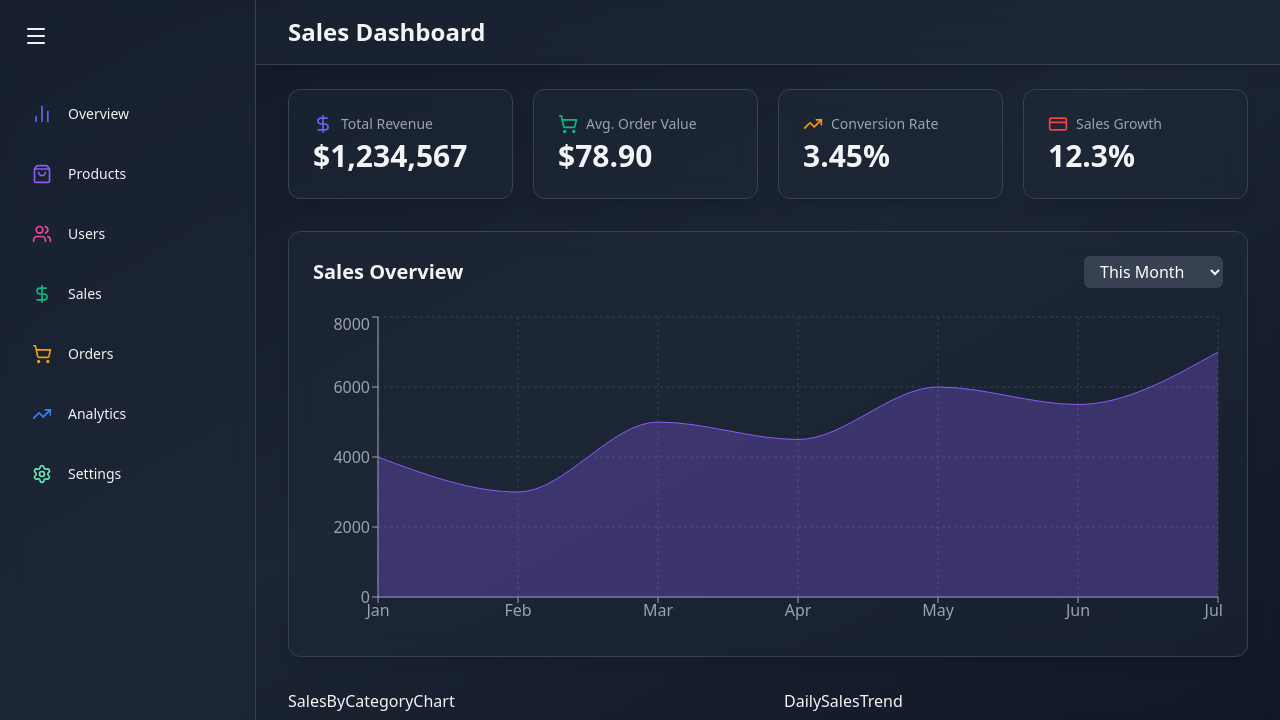
Repository: Abdirabi11/React-dashboard
Page: /sales
An editor plug-in stored every save of this project. The page is shown before and after the next save, followed by the edit.
The browser window is 1280 px wide. The pictures show the whole page.
An inner scrolling area shows only its first screen. The project was rebuilt for these pictures with package versions that can differ from the ones it lists, and the page was loaded fresh each time. Also part of the build but not shown: vite.config.js, src/components/overview/SalesOverviewChart.jsx, src/components/overview/CategoryDistributionChart.jsx, src/components/overview/SalesChannelChart.jsx, src/pages/OverviewPage.jsx, src/components/products/SalesTrendChart.jsx, src/components/products/ProductsTable.jsx, src/pages/ProductsPage.jsx and 8 more.

Above is the page before, as saved 2025-07-19 08:31:17.

### src/components/common/Sidebar.jsx
import { BarChart2, DollarSign, Menu, Settings, ShoppingBag, ShoppingCart, TrendingUp, Users } from "lucide-react";
import { useState } from "react";
import { AnimatePresence, motion } from "framer-motion";
import { Link } from "react-router-dom";

const SIDEBAR_ITEMS = [
	{
		name: "Overview",
		icon: BarChart2,
		color: "#6366f1",
		href: "/",
	},
	{ name: "Products", icon: ShoppingBag, color: "#8B5CF6", href: "/products" },
	{ name: "Users", icon: Users, color: "#EC4899", href: "/users" },
	{ name: "Sales", icon: DollarSign, color: "#10B981", href: "/sales" },
	{ name: "Orders", icon: ShoppingCart, color: "#F59E0B", href: "/orders" },
	{ name: "Analytics", icon: TrendingUp, color: "#3B82F6", href: "/analytics" },
	{ name: "Settings", icon: Settings, color: "#6EE7B7", href: "/settings" },
];

const Sidebar = () => {
	const [isSidebarOpen, setIsSidebarOpen] = useState(true);

	return (
		<motion.div
			className={`relative z-10 transition-all duration-300 ease-in-out flex-shrink-0 ${
				isSidebarOpen ? "w-64" : "w-20"
			}`}
			animate={{ width: isSidebarOpen ? 256 : 80 }}
		>
			<div className='h-full bg-gray-800 bg-opacity-50 backdrop-blur-md p-4 flex flex-col border-r border-gray-700'>
				<motion.button
					whileHover={{ scale: 1.1 }}
					whileTap={{ scale: 0.9 }}
					onClick={() => setIsSidebarOpen(!isSidebarOpen)}
					className='p-2 rounded-full hover:bg-gray-700 transition-colors max-w-fit'
				>
					<Menu size={24} />
				</motion.button>

				<nav className='mt-8 flex-grow'>
					{SIDEBAR_ITEMS.map((item) => (
						<Link key={item.href} to={item.href}>
							<motion.div className='flex items-center p-4 text-sm font-medium rounded-lg hover:bg-gray-700 transition-colors mb-2'>
								<item.icon size={20} style={{ color: item.color, minWidth: "20px" }} />
								<AnimatePresence>
									{isSidebarOpen && (
										<motion.span
											className='ml-4 whitespace-nowrap'
											initial={{ opacity: 0, width: 0 }}
											animate={{ opacity: 1, width: "auto" }}
											exit={{ opacity: 0, width: 0 }}
											transition={{ duration: 0.2, delay: 0.3 }}
										>
											{item.name}
										</motion.span>
									)}
								</AnimatePresence>
							</motion.div>
						</Link>
					))}
				</nav>
			</div>
		</motion.div>
	);
};
export default Sidebar;

### src/pages/SalesPage.jsx
import { motion } from "framer-motion";
import { CreditCard, DollarSign, ShoppingCart, TrendingUp } from "lucide-react";
import Header from "../components/common/Header";
import StatCard from "../components/common/StatCard";
import DailySalesTrend from "../components/sales/DailySalesTrend";
import SalesByCategoryChart from "../components/sales/SalesByCategoryChart";
import SalesOverviewChart from "../components/sales/SalesOverviewChart";

const salesStats = {
	totalRevenue: "$1,234,567",
	averageOrderValue: "$78.90",
	conversionRate: "3.45%",
	salesGrowth: "12.3%",
};

const SalesPage = () => {
	return (
		<div className="flex-1 overflow-auto relative z-10">
			<Header title='Sales Dashboard' />
			<main className="max-w-7xl mx-auto py-6 px-4 lg:px-8">
				<motion.div
				 className='grid grid-cols-1 gap-5 sm:grid-cols-2 lg:grid-cols-4 mb-8'
				 initial={{ opacity: 0, y: 20 }}
				 animate={{ opacity: 1, y: 0 }}
				 transition={{ duration: 1 }}
				>
					<StatCard
						name='Total Revenue'
						icon={DollarSign}
						value={salesStats.totalRevenue}
						color='#6366F1'
					/>
					<StatCard
						name='Avg. Order Value'
						icon={ShoppingCart}
						value={salesStats.averageOrderValue}
						color='#10B981'
					/>
					<StatCard
						name='Conversion Rate'
						icon={TrendingUp}
						value={salesStats.conversionRate}
						color='#F59E0B'
					/>
					<StatCard name='Sales Growth' icon={CreditCard} value={salesStats.salesGrowth} color='#EF4444' />
				</motion.div>
				<SalesOverviewChart />
				<div className="grid grid-cols-1 lg:grid-cols-2 gap-8 mb-8">
					<SalesByCategoryChart />
					<DailySalesTrend />
				</div>
			</main>
		</div>
	);
};
export default SalesPage;

### src/components/sales/DailySalesTrend.jsx
import React from 'react'

const DailySalesTrend = () => {
  return (
    <div>DailySalesTrend</div>
  )
}

export default DailySalesTrend

### src/components/sales/SalesByCategoryChart.jsx
import React from 'react'

const SalesByCategoryChart = () => {
  return (
    <div>SalesByCategoryChart</div>
  )
}

export default SalesByCategoryChart

### src/components/sales/SalesOverviewChart.jsx
import { motion } from 'framer-motion';
import React, { useState } from 'react'
import { Area, AreaChart, CartesianGrid, ResponsiveContainer, Tooltip, XAxis, YAxis } from 'recharts';

const monthlySalesData = [
	{ month: "Jan", sales: 4000 },
	{ month: "Feb", sales: 3000 },
	{ month: "Mar", sales: 5000 },
	{ month: "Apr", sales: 4500 },
	{ month: "May", sales: 6000 },
	{ month: "Jun", sales: 5500 },
	{ month: "Jul", sales: 7000 },
];

const SalesOverviewChart = () => {
    const [selectedTimeRange, setSelectedTimeRange] = useState("This Month");
  return (
    <motion.div
        className='bg-gray-800 bg-opacity-50 backdrop-blur-md shadow-lg rounded-xl p-6 border border-gray-700 mb-8'
        initial={{ opacity: 0, y: 20 }}
        animate={{ opacity: 1, y: 0 }}
        transition={{ delay: 0.2 }}
    >
        <div className='flex items-center justify-between mb-6'>
            <h2 className='text-xl font-semibold text-gray-100'>Sales Overview</h2>
            <select
             className= "bg-gray-700 text-white rounded-md px-3 py-1 focus:outline-none focus:ring-2 focus:ring-blue-500"
              value={selectedTimeRange}
              onChange={(e)=> setSelectedTimeRange(e.target.value)}
            >
                <option>This Week</option>
                <option>This Month</option>
                <option>This Quarter</option>
                <option>This Year</option>
            </select>
        </div>
        <div className='w-full h-80'>
            <ResponsiveContainer>
                <AreaChart data={monthlySalesData}>
                    <CartesianGrid strokeDasharray='3 3' stroke='#374151' />
                    <XAxis dataKey='month' stroke='#9CA3AF' />
                    <YAxis stroke='#9CA3AF' />
                    <Tooltip
                        contentStyle={{ backgroundColor: "rgba(31, 41, 55, 0.8)", borderColor: "#4B5563" }}
                        itemStyle={{ color: "#E5E7EB" }}
                    />
                    <Area type='monotone' dataKey='sales' stroke='#8B5CF6' fill='#8B5CF6' fillOpacity={0.3} />
                </AreaChart>
            </ResponsiveContainer>
		</div>
    </motion.div>
  )
}

export default SalesOverviewChart

Loaded but not shown: index.html (common file); src/main.jsx (common file); src/App.jsx (common file); src/index.css (common file); src/components/common/Header.jsx (common file); src/components/common/StatCard.jsx (common file); tailwind.config.js (common file)

After the next save:
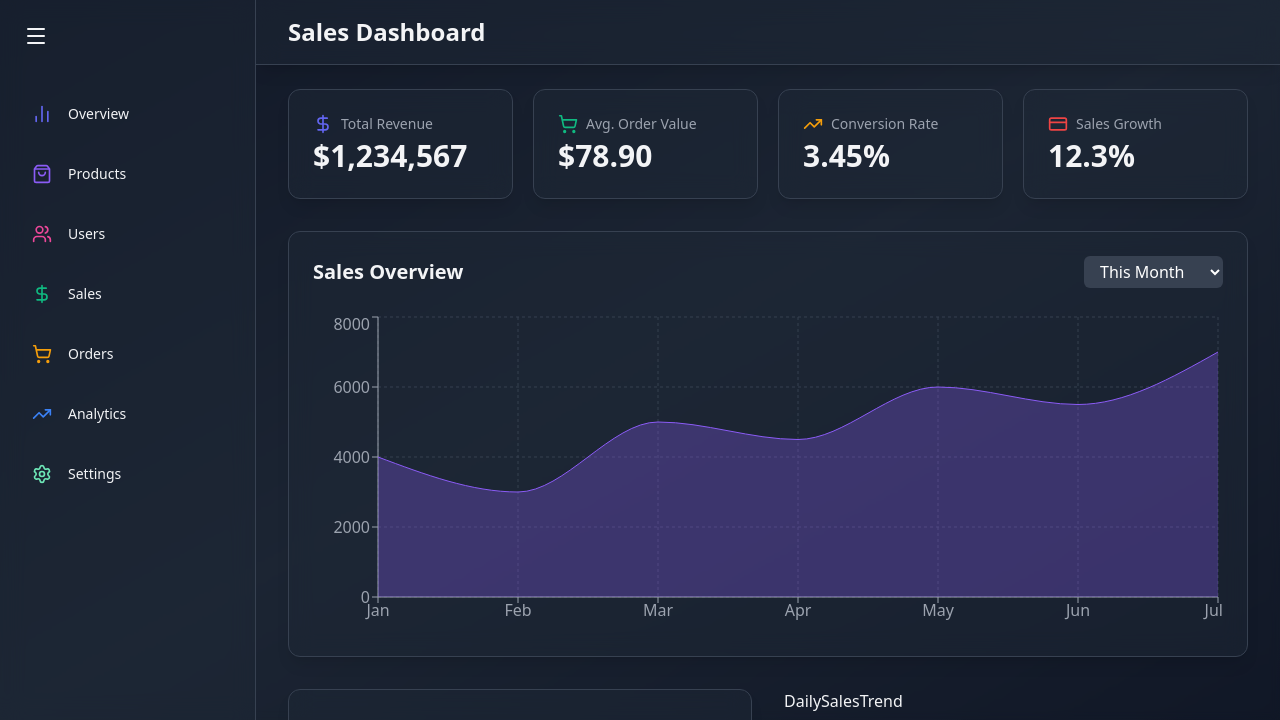
Saved 10 min 12 s later.
--- a/src/components/sales/SalesByCategoryChart.jsx
+++ b/src/components/sales/SalesByCategoryChart.jsx
@@ -1,8 +1,20 @@
-import React from 'react'
+import { motion } from "framer-motion"
+import { ResponsiveContainer } from "recharts"
+
 
 const SalesByCategoryChart = () => {
+
   return (
-    <div>SalesByCategoryChart</div>
+    <motion.div
+        className='bg-gray-800 bg-opacity-50 backdrop-blur-md shadow-lg rounded-xl p-6 border border-gray-700'
+        initial={{ opacity: 0, y: 20 }}
+        animate={{ opacity: 1, y: 0 }}
+        transition={{ delay: 0.3 }}
+    >
+        <ResponsiveContainer>
+
+        </ResponsiveContainer>
+    </motion.div>
   )
 }
 
